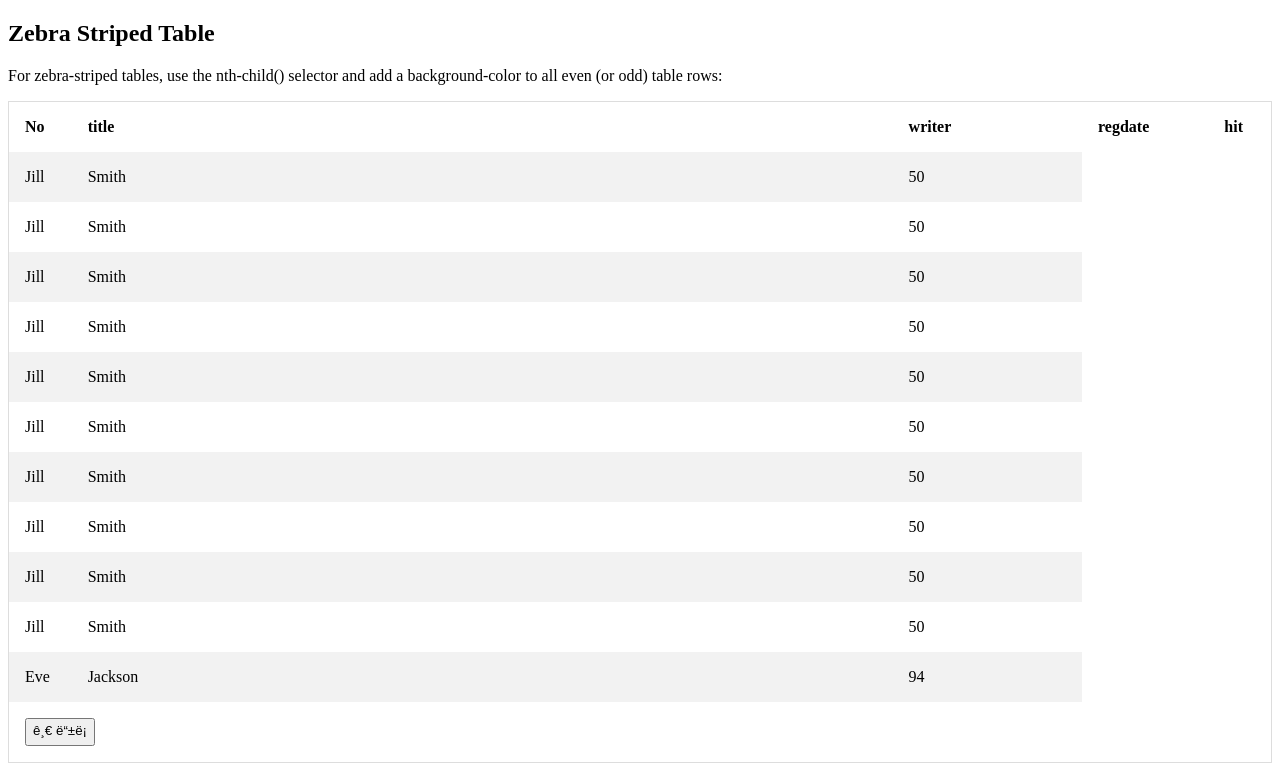
Repository: hyeong-jun-98/SL_front
Page: http://localhost/web0810_1/notice/list.jsp
An editor plug-in stored every save of this project. The page is shown before and after the next save, followed by the edit.
The browser window is 1280 px wide. The pictures show the whole page.
The page is served by Tomcat 9. Other server files are loaded and not shown.

Above is the page before, as saved 2022-08-10 06:01:04.

### web0810_1/src/main/webapp/notice/list.jsp
<!DOCTYPE html>
<html>
<head>
<meta name="viewport" content="width=device-width, initial-scale=1">
<style>
table {
  border-collapse: collapse;
  border-spacing: 0;
  width: 100%;
  border: 1px solid #ddd;
}

th, td {
  text-align: left;
  padding: 16px;
}

tr:nth-child(even) {
  background-color: #f2f2f2;
}
</style>
</head>
<body>

<h2>Zebra Striped Table</h2>
<p>For zebra-striped tables, use the nth-child() selector and add a background-color to all even (or odd) table rows:</p>

<table>
  <tr>
    <th width = "5%">No</th>
    <th width = "65%">title</th>
    <th width = "15%">writer</th>
    <th width = "10%">regdate</th>
    <th width = "5%">hit</th>

  </tr>
  <%for(int i = 1; i < 11; i++) { %>

  <tr>
    <td>Jill</td>
    <td>Smith</td>
    <td>50</td>
  </tr>

  <%} %>
  <tr>
    <td>Eve</td>
    <td>Jackson</td>
    <td>94</td>
  </tr>
  <tr>
    <td colspan = "3">
    	<button>글 등록</button>
    </td>
  </tr>
</table>

</body>
</html>

After the next save:
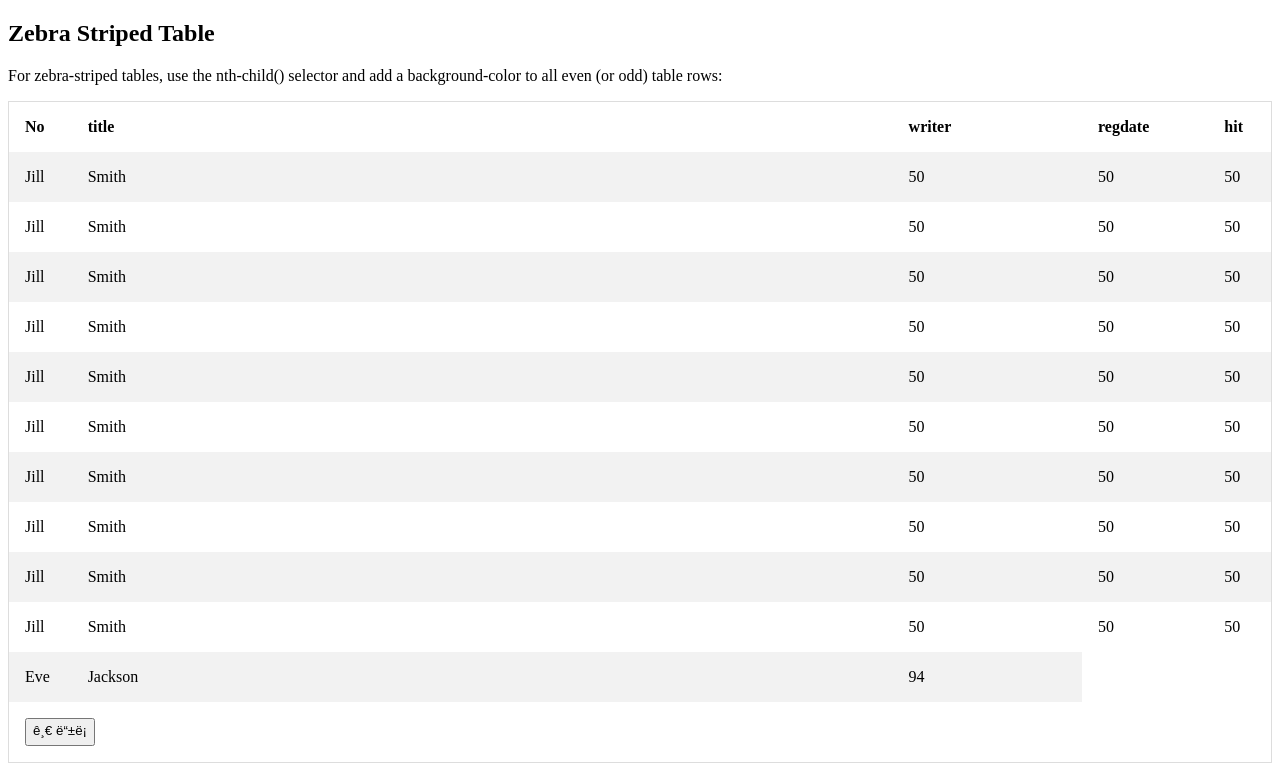
Saved 45 s later.
--- a/web0810_1/src/main/webapp/notice/list.jsp
+++ b/web0810_1/src/main/webapp/notice/list.jsp
@@ -40,6 +40,9 @@ tr:nth-child(even) {
     <td>Jill</td>
     <td>Smith</td>
     <td>50</td>
+    <td>50</td>
+    <td>50</td>
+
   </tr>
 
   <%} %>
@@ -49,7 +52,7 @@ tr:nth-child(even) {
     <td>94</td>
   </tr>
   <tr>
-    <td colspan = "3">
+    <td colspan = "5">
     	<button>글 등록</button>
     </td>
   </tr>
